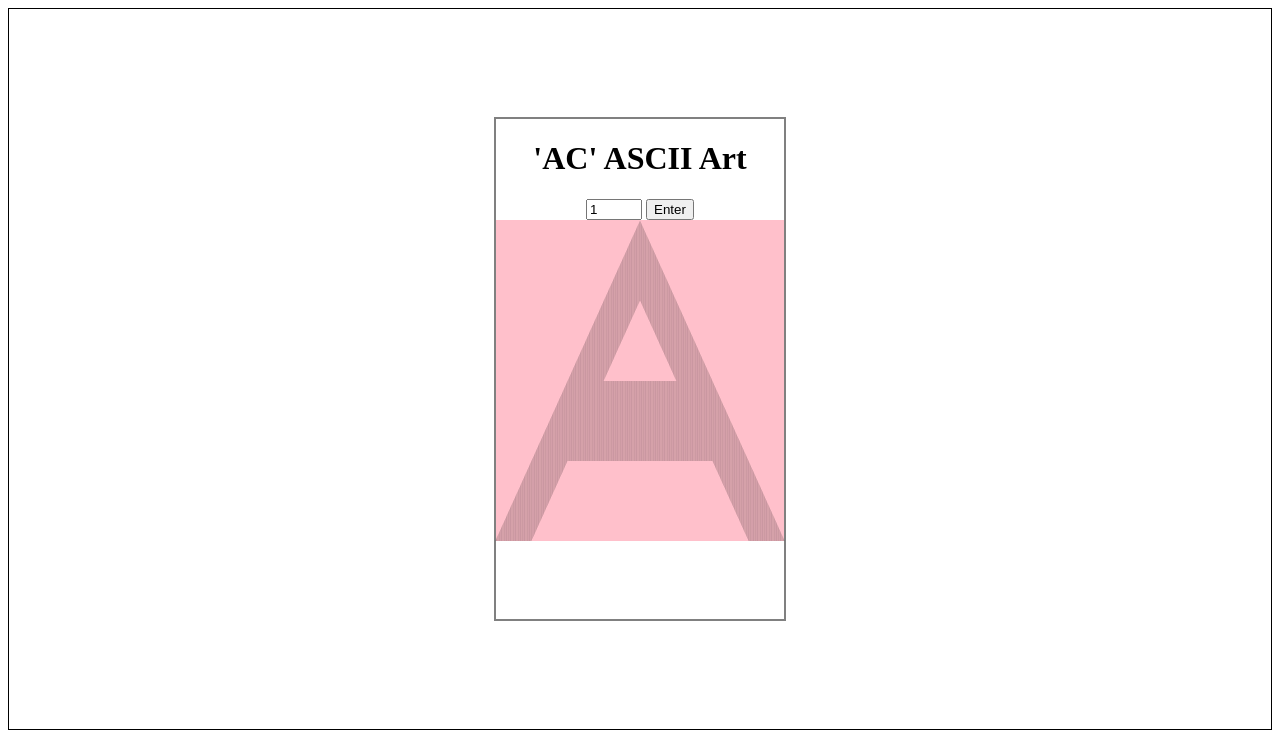
Repository: Achorn/ascii-art
Page: index.html
An editor plug-in stored every save of this project. The page is shown before and after the next save, followed by the edit.
The browser window is 1280 px wide. The pictures show the whole page.

Above is the page before, as saved 2021-08-09 19:48:26.

### index.html
<!DOCTYPE html>
<html lang="en">
  <head>
    <link rel="stylesheet" href="styles.css" />
    <meta charset="UTF-8" />
    <meta http-equiv="X-UA-Compatible" content="IE=edge" />
    <meta name="viewport" content="width=device-width, initial-scale=1.0" />
    <title>Document</title>
  </head>
  <body>
    <form>
      <h1>'AC' ASCII Art</h1>
      <input type="number" min="1" value="1" max="10" />
      <button>Enter</button>
      <div id="ascii-container">
        <div id="a-container">
          <p id="mono-a" style="font-family: 'Lucida Console', monospace"></p>
        </div>
        <div id="c-container">
          <p id="mono-c" style="font-family: 'Lucida Console', monospace"></p>
        </div>
      </div>
    </form>
    <script type="text/javascript" src="myscripts.js"></script>
  </body>
</html>

### styles.css
body {
  border: 1px solid black;
  display: flex;
  flex-direction: column;
  justify-content: center;
  align-items: center;
  height: 100vh;
}

form {
  border: 2px solid grey;
  height: 500px;
  /* width: 400px; */
  text-align: center;
}

#ascii-container {
  display: flex;
}

#a-container {
  background-color: pink;
}
#c-container {
  background-color: pink;
}
#mono-a {
  /* font-size: 25.5vw; */

  white-space: pre;
}
#mono-c {
  white-space: pre;
}

### myscripts.js
let oneA = ["A"];
let twoA = [
  [" ", "A", " "],
  ["A", " ", "A"],
];
let threeA = [
  [" ", " ", "A", " ", " "],
  ["", "A", "A", "A", ""],
  ["A", "", "", "", "A"],
];

let four = [
  [" ", " ", " ", "A"],
  [" ", " ", "A", " "],
  [" ", "A", "A", "A"],
  ["A", " ", " ", " "],
];

let eight = [
  [" ", " ", " ", " ", " ", " ", " ", "A"],
  [" ", " ", " ", " ", " ", " ", "A", "A"],
  [" ", " ", " ", " ", " ", "A", "A", " "],
  [" ", " ", " ", " ", "A", "A", "A", "A"],
  [" ", " ", " ", "A", "A", "A", "A", "A"],
  [" ", " ", "A", "A", " ", " ", " ", " "],
  [" ", "A", "A", " ", " ", " ", " ", " "],
  ["A", "A", " ", " ", " ", " ", " ", " "],
];

function scaleSpread(array, factor) {
  const scaled = [];

  for (const row of array) {
    let x = [];

    for (const item of row) x.push(...Array(factor).fill(item));

    scaled.push(...Array(factor).fill(x));
  }

  return scaled;
}

function arrToString(arr) {
  let string = "";
  for (let i = 0; i < arr.length; i++) {
    string += arr[i].join("") + "<br>";
  }
  return string;
}

function halfArrToString(arr) {
  let string = "";
  for (let i = 0; i < arr.length; i++) {
    string += arr[i].join("");
    let rev = arr[i].slice();
    string += rev.reverse().join("");
    string += "<br>";
  }
  return string;
}
function trimA(arr, lWidth) {
  for (i = 0; i < arr.length; i++) {
    let disp = lWidth - (i % lWidth) - 1;
    let newArr = arr[i].slice();
    for (let j = 0; j < disp; j++) {
      newArr.pop();
      newArr.unshift(" ");
    }
    arr[i] = newArr;
  }
}

let monoA = document.getElementById("mono-a");
let monoC = document.getElementById("mono-c");
let scale = 80;
let scaledFour = scaleSpread(four, scale);
trimA(scaledFour, scale);

let scaledEight = scaleSpread(eight, 5);
trimA(scaledEight, 4);
// mono.innerHTML = halfArrToString(scaleSpread(four, 7));
monoA.style.fontSize = `${60 / scale}px`;
// monoC.style.fontSize = `${4 / scale}em`;
monoA.innerHTML = halfArrToString(scaledFour);
// monoC.innerHTML = arrToString(scaledEight);
// mono.innerHTML += arrToString(scaleSpread(eight, 1));

After the next save:
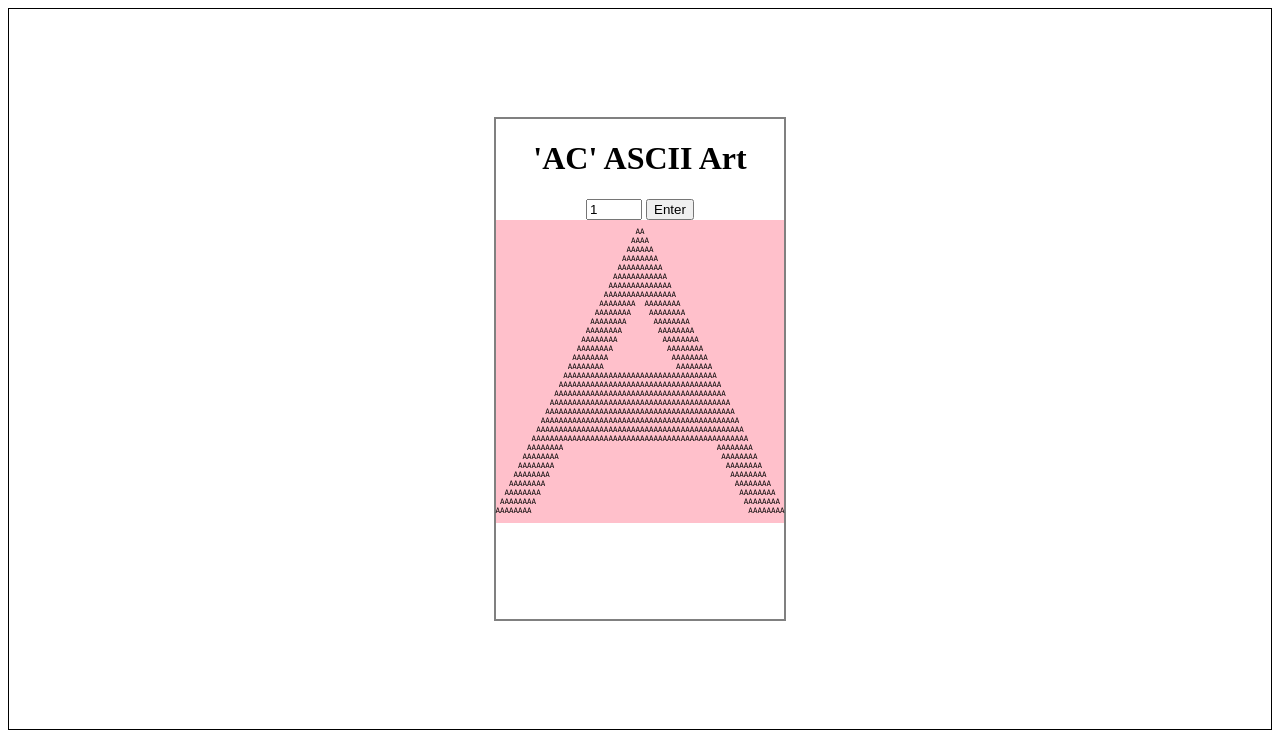
Saved 4 s later.
--- a/myscripts.js
+++ b/myscripts.js
@@ -73,7 +73,7 @@ function trimA(arr, lWidth) {
 
 let monoA = document.getElementById("mono-a");
 let monoC = document.getElementById("mono-c");
-let scale = 80;
+let scale = 8;
 let scaledFour = scaleSpread(four, scale);
 trimA(scaledFour, scale);
 
